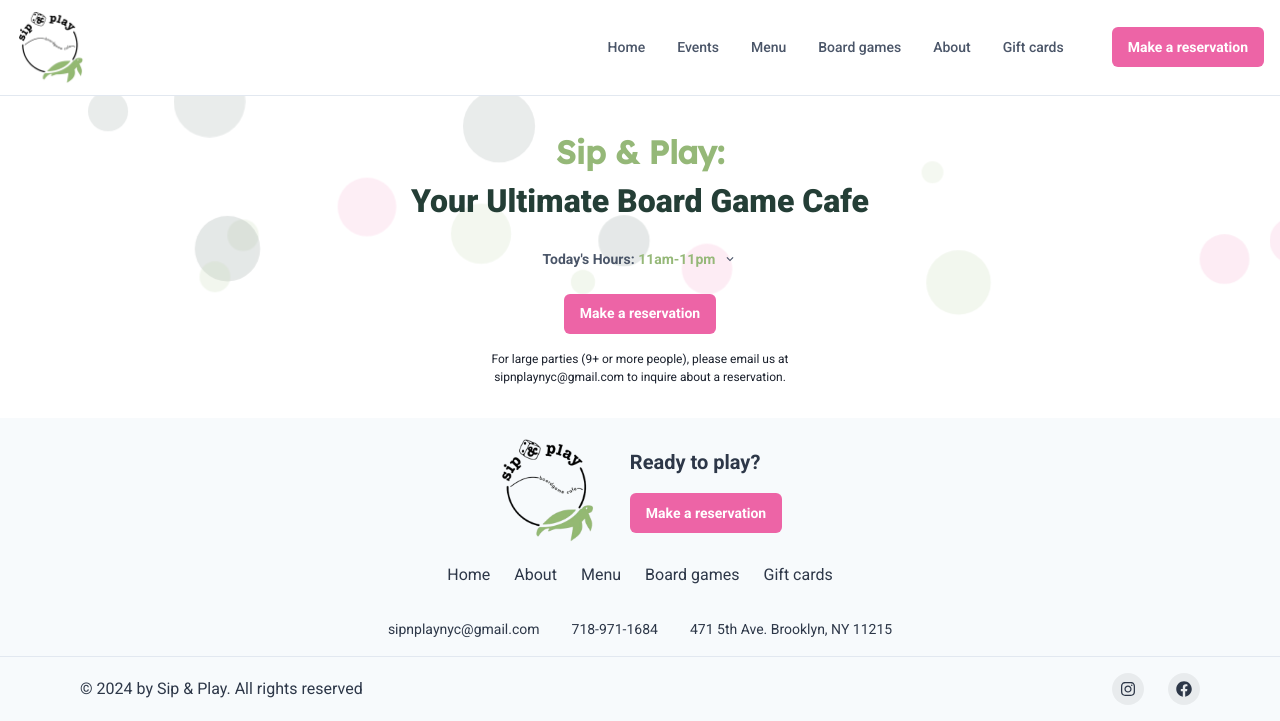
Repository: natespinetti/codedexsummerhackathon
Page: /
The author's editor kept a copy of each file at every save. The page is drawn from the files as they stood at one save, then again after the next save.
The browser window is 1280 px wide. The pictures show the whole page.
The project was rebuilt for these pictures with package versions that can differ from the ones it lists, and the page was loaded fresh each time. The framework's server and built-in components were replaced by stand-ins that run in the browser. Also part of the build but not shown: next.config.mjs.

Above is the page before, as saved 2024-07-11 16:32:55.

After the next save:
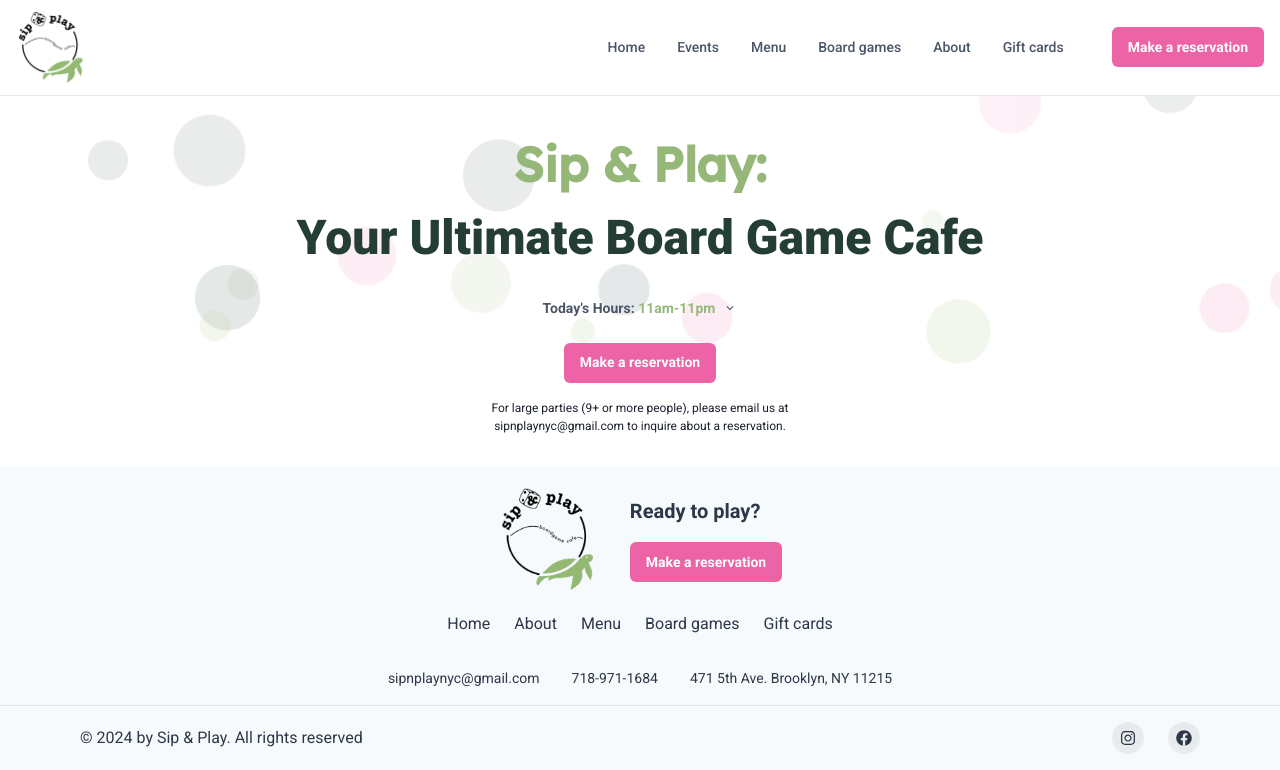
Saved 55 s later.
--- a/app/components/HomeHero.tsx
+++ b/app/components/HomeHero.tsx
@@ -60,7 +60,7 @@
             as="h1"
             fontFamily="body"
             fontWeight="900"
-            fontSize="2rem"
+            fontSize="3rem"
             color="#243E36"
             textAlign="center"
           >
@@ -69,7 +69,7 @@
               color="#95b878"
               fontWeight="900"
               fontFamily="heading"
-              fontSize="2rem"
+              fontSize="3rem"
             >
               Sip & Play:
               <br />
